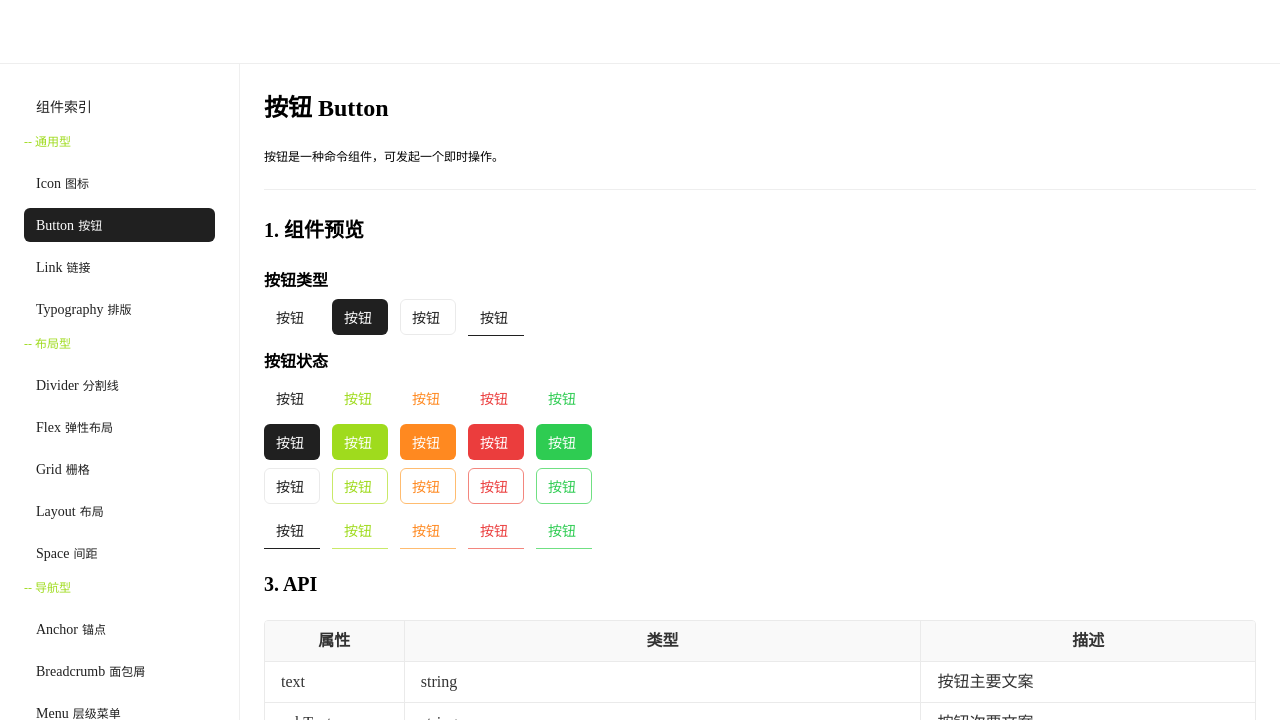
Repository: suminhan007/LandDesign
Page: /
These files come from the project's save history. The page is drawn as it stood at one moment and after a run of saves; the edit follows.
The browser window is 1280 px wide. The pictures show the whole page.
An inner scrolling area shows only its first screen. The project was rebuilt for these pictures with package versions that can differ from the ones it lists, and the page was loaded fresh each time. Also part of the build but not shown: vite.config.ts, packages/Pop.tsx, example/components/ComponentPreview.tsx, packages/Icon.tsx, example/components/IconExample.tsx.

Above is the page before, as saved 2024-03-17 19:02:52.

After the next 3 saves:
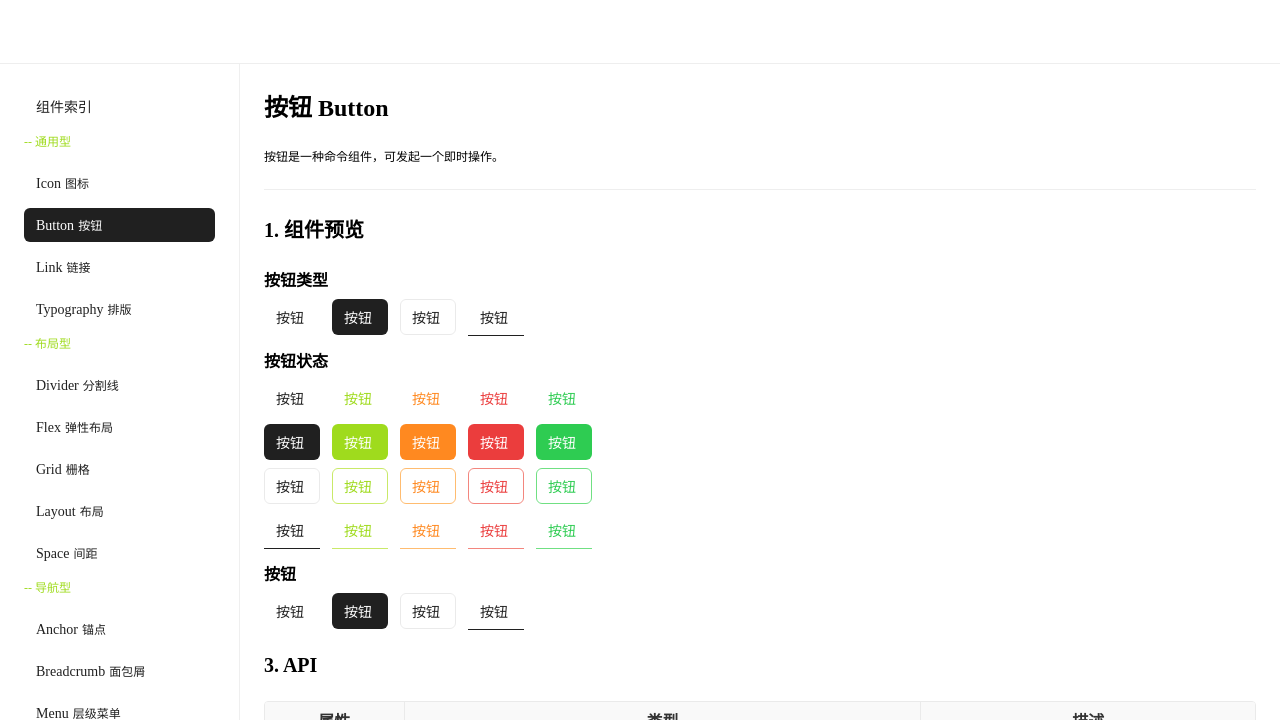
The 3 saves are shown as one change because they came seconds apart.
The last was saved 74 s later.
--- a/example/components/ButtonExample.tsx
+++ b/example/components/ButtonExample.tsx
@@ -14,6 +14,7 @@ export default function ButtonExample() {
             <Button text='按钮' type='line'/>
           </div>
       </div>
+
       <div className='flex column gap-8'>
           <Title title='按钮状态' type='h3' />
           <div className='flex gap-12'>
@@ -45,6 +46,16 @@ export default function ButtonExample() {
           <Button text='按钮' type='line' status='success'/>
           </div>
       </div>
+
+      <div className='flex column gap-8'>
+        <Title title='按钮' type='h3' />
+          <div className='flex gap-12'>
+            <Button text='按钮' type='text' />
+            <Button text='按钮' type='background' />
+            <Button text='按钮' type='border' />
+            <Button text='按钮' type='line'/>
+          </div>
+      </div>
     </div>
   )
 }
